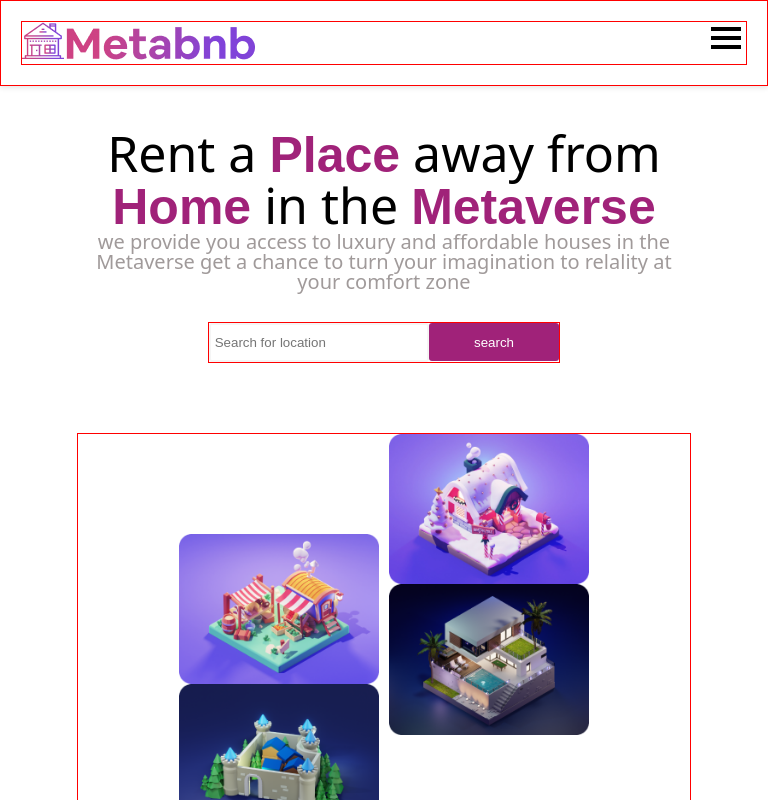
Repository: trenzyfx1/Metabnb
Page: index.html
These files come from the project's save history. The page is drawn as it stood at one moment and after the next save; the edit follows.
The browser window is 768 px wide. The pictures show the whole page.
An inner scrolling area shows only its first screen.

Above is the page before, as saved 2025-05-12 15:15:21.

After the next save:
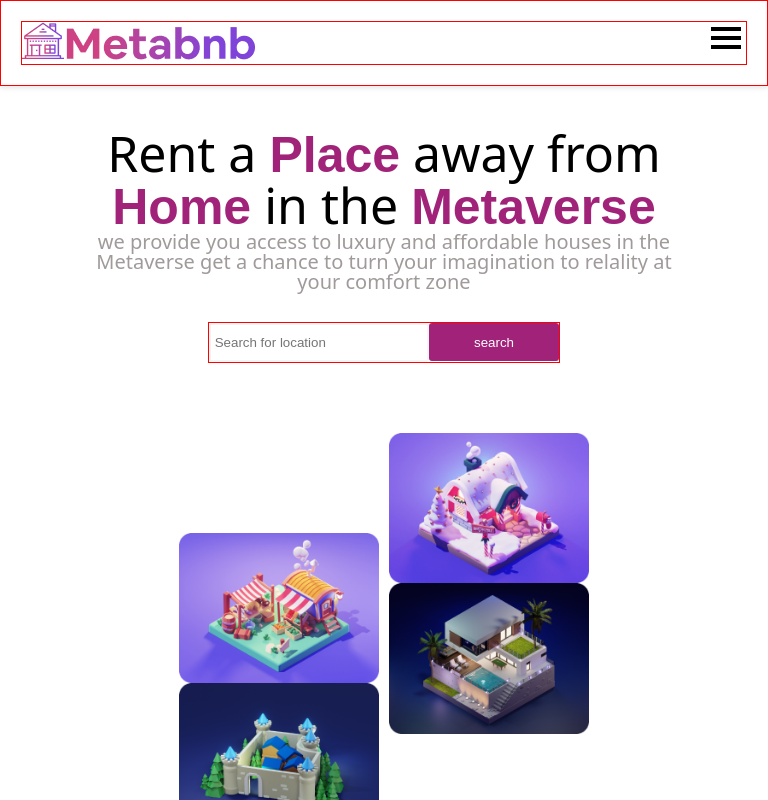
Saved 7 s later.
--- a/style.css
+++ b/style.css
@@ -437,7 +437,7 @@
         gap: 0;
     }
 
-    .input, .image-container {
+    .input {
         border: 1px solid red;
         margin: auto;
         /* align-items: center; */
